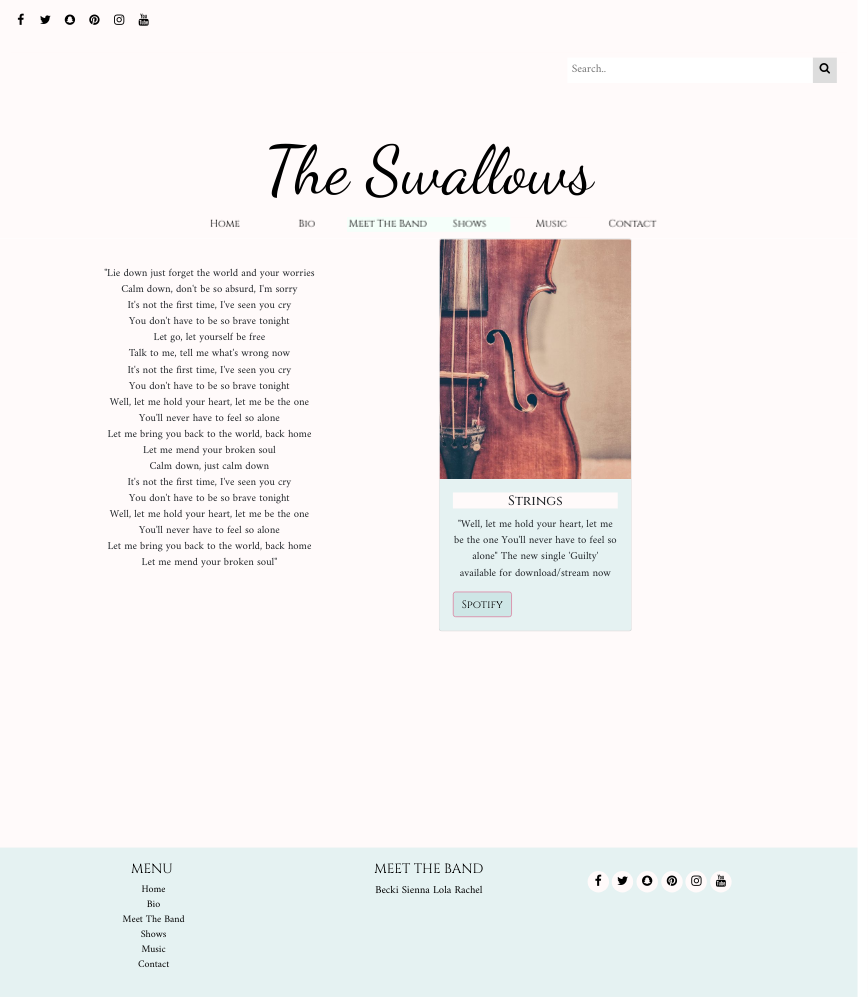
Repository: elizabeth24602/the-swallows
Page: music.html
The author's editor kept a record of every edit. The page is drawn from the files as they stood at one moment, then again after the next edit.
The browser window is 1280 px wide. The page is 1295 px wide, so the pictures cover 1295 px, including what lies to the right of the window. The pictures show the whole page, at 67% of full size.
Pictures or frames that could not be fetched are drawn as grey boxes.

Above is the page before.

### music.html
<!DOCTYPE html>
<html lang="en">
<head>
    <meta charset="UTF-8">
    <meta name="viewport" content="width=device-width, initial-scale=1.0">
    <meta http-equiv="X-UA-Compatible" content="ie=edge">
    <link rel="stylesheet" href="https://stackpath.bootstrapcdn.com/bootstrap/4.3.1/css/bootstrap.min.css" type="text/css" />
    <link rel="stylesheet" href="https://stackpath.bootstrapcdn.com/font-awesome/4.7.0/css/font-awesome.min.css" type="text/css" />
    <link rel="stylesheet" href="https://fonts.googleapis.com/css?family=Dancing+Script" type="text/css" />
    <link rel="stylesheet" href="https://cdnjs.cloudflare.com/ajax/libs/hover.css/2.3.1/css/hover-min.css" type="text/css" />
    <link rel="stylesheet" href="Assessts/CSS/style.css" type="text/css" />
    <title>The Swallows</title>
</head>
<body>
  <header class="container-fluid">
        <div id="social-links" class="row">
        <div class="col-sm-4">
                <ul class="list-inline social-links">
                    <li class="list-inline-item">
                        <a target="_blank" href="#">
                            <i class="fa fa-facebook" aria-hidden="true"></i>
                            <span class="sr-only">Facebook</span>
                        </a>
                    </li>
                    <li class="list-inline-item">
                        <a target="_blank" href="#">
                            <i class="fa fa-twitter" aria-hidden="true"></i>
                            <span class="sr-only">Twitter</span>
                        </a>
                    </li>
                    <li class="list-inline-item">
                        <a target="_blank" href="#">
                            <i class="fa fa-snapchat" aria-hidden="true"></i>
                            <span class="sr-only">Snapchat</span>
                        </a>
                    </li>
                    <li class="list-inline-item">
                        <a target="_blank" href="#">
                            <i class="fa fa-pinterest" aria-hidden="true"></i>
                            <span class="sr-only">Pinterest</span>
                        </a>
                    </li>
                    <li class="list-inline-item">
                        <a target="_blank" href="#">
                            <i class="fa fa-instagram" aria-hidden="true"></i>
                            <span class="sr-only">Instagram</span>
                        </a>
                    </li>
                    <li class="list-inline-item">
                        <a target="_blank" href="#">
                            <i class="fa fa-youtube" aria-hidden="true"></i>
                            <span class="sr-only">YouTube</span>
                        </a>
                    </li>
                </ul>
            </div>
        </div>
       <div class="topnav">
          <div class="search-container">
            <form action="/action_page.php">
                  <input type="text" placeholder="Search.." name="search">
                  <button type="submit"><i class="fa fa-search"></i></button>
            </form>
          </div>
        </div>
        <div class="row no-gutters bg-color-bandname">
            <div class="col headings">
                <h1 class="bandname">The Swallows</h1>
            </div>
        </div>
        <div class="row no-gutters">
            <div class="col">
                <ul id="nav" class="list-inline menucontainer">
                    <li class="col-4 col-sm-2 ui-menu-color-home list-inline-item menuitem">
                        <a href="index.html" class="hvr-sweep-to-bottom"><span>Home</span></a>
                    </li>
                    <li class="col-4 col-sm-2 ui-menu-color-bio list-inline-item menuitem">
                        <a href="bio.html" class="hvr-sweep-to-bottom"><span>Bio</span></a>
                    </li>
                     <li class="col-4 col-sm-2 ui-menu-color-meet-the-band list-inline-item menuitem">
                        <a href="meet.html" class="hvr-sweep-to-bottom"><span>Meet The Band</span></a>
                    </li>
                    <li class="col-4 col-sm-2 ui-menu-color-shows list-inline-item menuitem">
                        <a href="shows.html" class="hvr-sweep-to-bottom"><span>Shows</span></a>
                    </li>
                    <li class="col-4 col-sm-2 ui-menu-color-music list-inline-item menuitem">
                        <a href="music.html" class="hvr-sweep-to-bottom"><span>Music</span></a>
                    </li>
                    <li class="col-4 col-sm-2 ui-menu-color-contact list-inline-item menuitem">
                        <a href="contact.html" class="hvr-sweep-to-bottom"><span>Contact</span></a>
                    </li>
                </ul>
            </div>
        </div>

    </header>
    <section>
        <div class="row">
            <div class="col-sm-6">
        <p class="lyrics">"Lie down just forget the world and your worries <br>
Calm down, don't be so absurd, I'm sorry <br>
It's not the first time, I've seen you cry <br>
You don't have to be so brave tonight <br>

Let go, let yourself be free <br>
Talk to me, tell me what's wrong now <br>
It's not the first time, I've seen you cry <br>
You don't have to be so brave tonight <br>

Well, let me hold your heart, let me be the one <br>
You'll never have to feel so alone <br>
Let me bring you back to the world, back home <br>
Let me mend your broken soul <br>

Calm down, just calm down <br>
It's not the first time, I've seen you cry <br>
You don't have to be so brave tonight <br>

Well, let me hold your heart, let me be the one <br>
You'll never have to feel so alone <br>
Let me bring you back to the world, back home <br>
Let me mend your broken soul"</p>
</div>
<div class="col-sm-2">
    <div class="card" style="width: 18rem;">
  <img src="Assessts/Pictures/chello.jpg" class="card-img-top" alt="chello">
  <div class="card-body">
    <h5 class="card-title">Strings</h5>
    <p class="card-text">"Well, let me hold your heart, let me be the one You'll never have to feel so alone" The new single 'Guilty' available for download/stream now</p>
    <a href="#" class="btn btn-primary">Spotify</a>
  </div>
</div>
<div class="row">
    <div class="col-sm-12">
        <iframe class="youtube" width="560" height="315" src="https://www.youtube.com/embed/rMNS9oNCL3s" frameborder="0" allow="accelerometer; autoplay; encrypted-media; gyroscope; picture-in-picture" allowfullscreen></iframe>
    </div>
</div>
    </section>
 <footer class="container-fluid">
           <div id="footer-details" class="row">
            <div class="col-sm-4">
                <h5 class="uppercase general-sub">Menu</h5>
                <ul class="inline-block list-inline container-fluid">
                    <li class="list-item">
                        <a target="_blank" href="index.html">
                            <span>Home</span>
                        </a>
                    </li>
                      <li class="list-item">
                        <a target="_blank" href="bio.html">
                            <span>Bio</span>
                        </a>
                    </li>
                      <li class="list-item">
                        <a target="_blank" href="meet.html">
                            <span>Meet The Band</span>
                        </a>
                    </li>
                        </li>
                      <li class="list-item">
                        <a target="_blank" href="shows.html">
                            <span>Shows</span>
                        </a>
                    </li>
                      <li class="list-item">
                        <a target="_blank" href="music.html">
                            <span>Music</span>
                        </a>
                    </li>
                      <li class="list-item">
                        <a target="_blank" href="contact.html">
                            <span>Contact</span>
                        </a>
                    </li>
                </ul>
            </div>
            <div class="col-sm-4">
                <h5 class="uppercase general-sub">Meet the Band</h5>
              <ul class="inline-block list-inline container-fluid">
                    <li class="list-inline-item">
                        <a target="_blank" href="meet.html">
                            <span>Becki</span>
                        </a>
                    </li>
                      <li class="list-inline-item">
                        <a target="_blank" href="meet.html">
                            <span>Sienna</span>
                        </a>
                    </li>
                      <li class="list-inline-item">
                        <a target="_blank" href="meet.html">
                            <span>Lola</span>
                        </a>
                    </li>
                      <li class="list-inline-item">
                        <a target="_blank" href="meet.html">
                            <span>Rachel</span>
                        </a>
                    </li>
                </ul>
            </div>
         <div class="col-sm-4">
                <ul class="list-inline social-links container-fluid">
                    <li class="list-inline-item">
                        <a target="_blank" href="#">
                            <i class="fa fa-facebook" aria-hidden="true"></i>
                            <span class="sr-only">Facebook</span>
                        </a>
                    </li>
                    <li class="list-inline-item">
                        <a target="_blank" href="#">
                            <i class="fa fa-twitter" aria-hidden="true"></i>
                            <span class="sr-only">Twitter</span>
                        </a>
                    </li>
                    <li class="list-inline-item">
                        <a target="_blank" href="#">
                            <i class="fa fa-snapchat" aria-hidden="true"></i>
                            <span class="sr-only">Snapchat</span>
                        </a>
                    </li>
                    <li class="list-inline-item">
                        <a target="_blank" href="#">
                            <i class="fa fa-pinterest" aria-hidden="true"></i>
                            <span class="sr-only">Pinterest</span>
                        </a>
                    </li>
                    <li class="list-inline-item">
                        <a target="_blank" href="#">
                            <i class="fa fa-instagram" aria-hidden="true"></i>
                            <span class="sr-only">Instagram</span>
                        </a>
                    </li>
                    <li class="list-inline-item">
                        <a target="_blank" href="#">
                            <i class="fa fa-youtube" aria-hidden="true"></i>
                            <span class="sr-only">YouTube</span>
                        </a>
                    </li>
                </ul>
            </div>
        </div>

    </footer>
</body>
</html>

### Assessts/CSS/style.css
@import url('https://fonts.googleapis.com/css?family=Dancing+Script:100,200,300,400,500,600,700|Amiri:100,200,300,400,500,600,700|Satisfy:100,200,300,400,500,600,700|Cinzel:100,200,300,400,500,600,700');

/*-------------------------------Colours */

.body {
    background-color: #fffafa;
}

.bg-color-bandname {
 background-color: #fffafa;
}

.ui-menu-color-home {
    background-color: #fffafa;
}

.ui-menu-color-bio {
    background-color: #fffafa;
}

.ui-menu-color-meet-the-band {
    background-color: #f5fffa;
}

.ui-menu-color-shows {
    background-color: #f5fffa;
}

.ui-menu-color-music {
    background-color: #fffafa;
}

.ui-menu-color-contact {
    background-color: #fffafa;
}

/*-------------------------------Search Bar */

* {box-sizing: border-box;}

body {
  margin: 0;
  font-family: Amiri, cursive;
}

.topnav {
  overflow: hidden;
  background-color: #fffafa;
}

.topnav a {
  float: left;
  display: block;
  color: black;
  text-align: center;
  padding: 14px 16px;
  text-decoration: none;
  font-size: 17px;
}

.topnav a:hover {
  background-color: rgba(0, 128, 128, 0.1);
  color: black;
}

.topnav a.active {
  background-color: #fffafa;
  color: white;
}

.topnav .search-container {
  float: right;
}

.topnav input[type=text] {
  padding: 6px;
  margin-top: 8px;
  font-size: 17px;
  border: none;
}

.topnav .search-container button {
  float: right;
  padding: 6px 10px;
  margin-top: 8px;
  margin-right: 16px;
  background: #ddd;
  font-size: 17px;
  border: none;
  cursor: pointer;
}

.topnav .search-container button:hover {
  background: #ccc;
}

@media screen and (max-width: 600px) {
  .topnav .search-container {
    float: none;
  }
  .topnav a, .topnav input[type=text], .topnav .search-container button {
    float: none;
    display: block;
    text-align: left;
    width: 100%;
    margin: 0;
    padding: 14px;
  }
  .topnav input[type=text] {
    border: 1px solid #ccc;
  }
}

/*-------------------------------Special text/padding/margins */

h1,h2,h4 {
    margin: 0;
}

.uppercase {
    text-transform: uppercase;
}

.general-sub {
    font-family: "Cinzel", cursive;
    font-weight: 300;
    color: #000000;
}

.inline-block {
    display: inline-block;
}

/*-------------------------------Heading */

header {
    background: #fffafa;
}

.social-links {
    padding-top: 15px;
    padding-bottom: 15px;
}

.social-links li a i {
    width: 32px;
    height: 32px;
    padding: 12px 0;
    border-radius: 50%;
    font-size: 25px;
    line-height: 7px;
    text-align: center;
    color: #000000;
    background: #fffafa;
    transition: all 0.35s ease-in-out;
    -moz-transition: all 0.35s ease-in-out;
    -webkit-transition: all 0.35s ease-in-out;
    -o-transition: all 0.35s ease-in-out;
}

.social-links li a i:hover {
    background: rgba(0, 128, 128, 0.1);
}

.header {
    margin: 0;
}

.heading {
    margin-left: 50px;
}

.bandname {
    font-family: 'Dancing Script',cursive;
    font-weight: 400;
    font-size: 100px;
    margin-top: 70px;
    color: #000000;
    text-align: center;
}

.list-inline-item:not(:last-child) {
    margin: 0;
}

.menucontainer {
    font-size: 0;
    margin: auto;
    width: 60%;
    padding: 10px;
}

#nav li {
    font-size: 15px;
    font-family: 'Cinzel',cursive;
    padding: 0;
}

.menuitem {
    text-align: center;
    padding: 0;
}

.body {
    text-align: center;
}

.menuitem a {
    width: 100%;
    text-decoration: none;
    color: #000000;
}

/*-------------------------------Hover.css */

.hvr-sweep-to-bottom:before {
    background: rgba(0, 128, 128, 0.1);
}

.hvr-sweep-to-top:before {
    background-color: #db7093;
    text: #000000;
}

.a:hover {
    text-decoration: none;
}

/*-------------------------------Home Section */

section {
    background-color: #fffafa;
}

.center {
  display: block;
  margin-left: auto;
  margin-right: auto;
  width: 50%;
}

.song-title {
    font-family: 'Cinzel',cursive;
    color: #000000;
    padding-top: 20px;
    padding-bottom: 20px;
    position: center;
    text-decoration: none;
    background-color: #fffafa;
    text-align: center;
    margin: 50px;
}

.center {
    width: 300px ;
    position: relative;
    width: 50%;
    padding-top: 20px;
    padding-bottom: 20px;
}

.thorne-img {
    padding-top: 30px;
    padding-bottom: 30px;
    display: block;
    margin-left: auto;
    margin-right: auto;
    width: 40%;
    margin-bottom: 40px;
}

.uppercase {
    text-decoration: none;
    text-align: center;
}

.center-txt {
    font-family: 'Amiri',cursive;
    color: #000000;
    font-size: 150%;
    display: block;
    margin-left: 50px;
    margin-right: 50px;
    margin-bottom: 20px;
    margin-top: 20px;
    padding: 30px;
    width: 50%;
    text-decoration: none;
    background-color: #fffafa;
    line-height: 200px;
    height: 200px;
    text-align: center;
}

.tagline {
    font-family: "Amiri", cursive;
    text-align: center;
    color: #000000;
    padding-top: 70px;
    font-weight: 400;
    font-size: 100%;
    text-decoration: none;
    background:#fffafa;
    list-style-type:none;
    padding: 70px 0;
    font-size: 150%;
}

.tagline:hvr-sweep-to-top {
    background-color: rgba(0, 128, 128, 0.1);
}

/*------------------------------Bio Section */

h2 .our-story {
    font-family: 'Cinzel',cursive;
    font-weight: 100;
    color: #000000;
    padding-top: 60px;
    padding-bottom: 40px;
    text-align: center;
    font-size: 150%;
}

.info {
    font-family: "Amiri",cursive;
    text-align: justify;
    font-size: 110%;
    padding-top: 20px;
    padding-bottom: 100px;
}

.girl {
    display: block;
    margin-left: auto;
    margin-right: auto;
    width: 60%;
    padding-top: 50px;
    padding-bottom: 50px;
}

.quote {
    font-family: 'Amiri',cursive;
    text-align: center;
    font-size: 100%;
    border-style: solid;
    border-width: 3px;
    border-color: #787878;
    background-color: #ffe4e1;
}

/*------------------------------Meet The Band Section */

.name {
    padding-top: 100px;
    padding-bottom: 20px;
    font-family: 'Cinzel',cursive;
    font-size: 200%;
    text-align: center;
}

.bio {
    text-align: center;
    font-weight: 200;
    padding-bottom: 100px;
    padding-top: 50px;
    font-size: 150%;
}

.becki {
    position: static;
    padding: 20px;
    margin-top: 20px;
    margin-bottom: 20px;
    display: block;
    margin-left: auto;
    margin-right: auto;
    width: 90%;
    background-color: #db7093;
}

.lola {
    position: static;
    padding: 20px;
    margin-top: 20px;
    margin-bottom: 20px;
    display: block;
    margin-left: auto;
    margin-right: auto;
    width: 90%;
    background-color: #db7093;
}

.sienna {
    position: static;
    padding: 20px;
    margin-top: 20px;
    margin-bottom: 20px;
    display: block;
    margin-left: auto;
    margin-right: auto;
    width: 90%;
    background-color: #db7093;
}

.rachel {
    position: static;
    padding: 20px;
    margin-top: 20px;
    margin-bottom: 20px;
    display: block;
    margin-left: auto;
    margin-right: auto;
    width: 90%;
    background-color: #db7093;
}

/*------------------------------Shows Section */
#shows {
  font-family: "Cinzel",cursive;
  border-collapse: collapse;
  width: 90%;
  padding-top: 20px;
  padding-bottom: 20px;
  margin: 40px;
}

#shows td, #shows th {
  border: 1px solid #ddd;
  padding: 8px;
}

#shows tr:nth-child(even){background-color: #ffe4e1;}

#shows tr:hover {background-color: #ddd;}

#shows th {
  padding-top: 12px;
  padding-bottom: 12px;
  text-align: center;
  background-color: #f5fffa;
  color: #000000;
}

.quote-shows {
    font-family: 'Amiri',cursive;
    text-align: center;
    font-size: 100%;
    border-style: solid;
    border-width: 3px;
    border-color: #787878;
    background-color: #ffe4e1;
    padding-top: 20px;
    padding-bottom: 20px;
    margin: 20px;
    width: 50%;
    padding: 10px;
    margin-left: 90px;
}

.txt-shows {
    font-family: 'Amiri',cursive;
    color: #000000;
    font-size: 100%;
    display: block;
    margin-left: 85px;
    margin-right: 15px;
    padding: 30px;
    width: 50%;
    text-decoration: none;
    background-color: #fffafa;
    text-align: center;
}

.violin {
    padding-top: 50px;
    padding-bottom: 50px;
    display: block;
    margin-left: auto;
    margin-right: auto;
    width: 80%;
}

/*------------------------------Music Section */
.lyrics {
    font-family: "Amiri",cursive;
    text-align: center;
    padding-bottom: 40px;
    padding-top: 40px;
}

.card-body {
    background-color: rgba(0, 128, 128, 0.1);
}

.card-img-top {

}

.card-title {
    font-family: "Cinzel",cursive;
    text-align: center;
    background-color: #fffafa;
}

.card-text {
    font-family: "Amiri",cursive;
    text-align: center;
}

.btn {
    background-color: rgba(0, 128, 128, 0.1);
    border-color: #db7093;
}

.btn-primary {
    color: #000000;
    font-family: "Cinzel",cursive;
}


/*------------------------------Contact Section */

.contact-us {
    font-family: "Cinzel",cursive;
    color: #000000;
    text-align: center;
    margin-top: 30px;
    margin-bottom: 30px;
}

.contact {
    font-family: "Cinzel",cursive;
    color: #000000;
    text-align: center;
    margin-top: 30px;
    margin-bottom: 30px;
}

.booking {
    font-family: "Amiri",cursive;
    color: #000000;
    text-align: center;
    margin-top: 30px;
    margin-bottom: 30px;
    font-size: 150%;
}

.press {
    font-family: "Amiri",cursive;
    color: #000000;
    text-align: center;
    margin-top: 30px;
    margin-bottom: 30px;
    font-size: 150%
}

.label {
    font-family: "Amiri",cursive;
    color: #000000;
    text-align: center;
    margin-top: 30px;
    margin-bottom: 30px;
    font-size: 150%;
}

.piano {
    padding-top: 50px;
    padding-bottom: 50px;
    display: block;
    margin-left: auto;
    margin-right: auto;
    width: 40%;
}

/*-------------------------------Footer */

footer {
    background-color: rgba(0, 128, 128, 0.1);
    color: #000000;
    min-height: 120px;
    margin: 0;
}

h5 {
    text-align: center;
}

.list-item {
    font-size: 15px;
    color: #000000;
    text-align: center;
    text-decoration: none;
    padding-left: 5px;
    transition: all 0.35s ease-in-out;
    -moz-transition: all 0.35s ease-in-out;
    -webkit-transition: all 0.35s ease-in-out;
    -o-transition: all 0.35s ease-in-out;
}

.list-item:hover {
    background: #fffafa;
}

.inline-block{
    text-align: center;
    color: #000000;
}

a {
    color: #000000;
    text-decoration: none;
    background-color: transparent;
}

.list-inline-item:hover {
    background: #fffafa;
}

.social-links {
    padding-top: 15px;
    padding-bottom: 15px;
}

.social-links li a i {
    width: 32px;
    height: 32px;
    padding: 12px 0;
    border-radius: 50%;
    font-size: 18px;
    line-height: 7px;
    text-align: center;
    color: #000000;
    background: #fffafa;
    transition: all 0.35s ease-in-out;
    -moz-transition: all 0.35s ease-in-out;
    -webkit-transition: all 0.35s ease-in-out;
    -o-transition: all 0.35s ease-in-out;
}

.social-links li a i:hover {
    background: rgba(0, 128, 128, 0.1);
}

#footer-details {
    padding: 20px;
}

After the next edit:
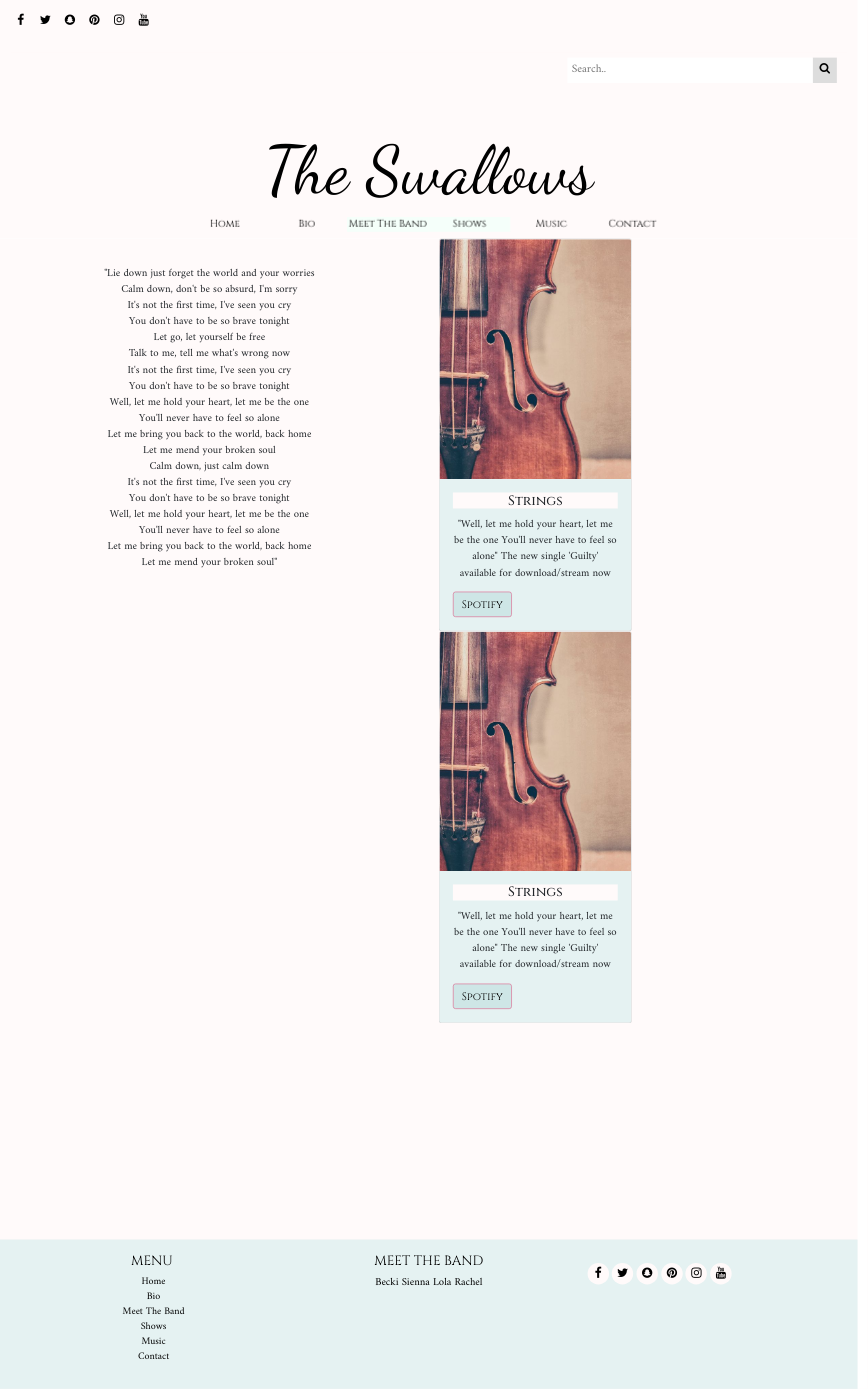
The edit:
--- a/music.html
+++ b/music.html
@@ -130,6 +130,19 @@
     <a href="#" class="btn btn-primary">Spotify</a>
   </div>
 </div>
+</div.
+<div class="col-sm-3">
+    <div class="card" style="width: 18rem;">
+  <img src="Assessts/Pictures/chello.jpg" class="card-img-top" alt="chello">
+  <div class="card-body">
+    <h5 class="card-title">Strings</h5>
+    <p class="card-text">"Well, let me hold your heart, let me be the one You'll never have to feel so alone" The new single 'Guilty' available for download/stream now</p>
+    <a href="#" class="btn btn-primary">Spotify</a>
+  </div>
+</div>
+</div>>
+
+</div>
 <div class="row">
     <div class="col-sm-12">
         <iframe class="youtube" width="560" height="315" src="https://www.youtube.com/embed/rMNS9oNCL3s" frameborder="0" allow="accelerometer; autoplay; encrypted-media; gyroscope; picture-in-picture" allowfullscreen></iframe>
